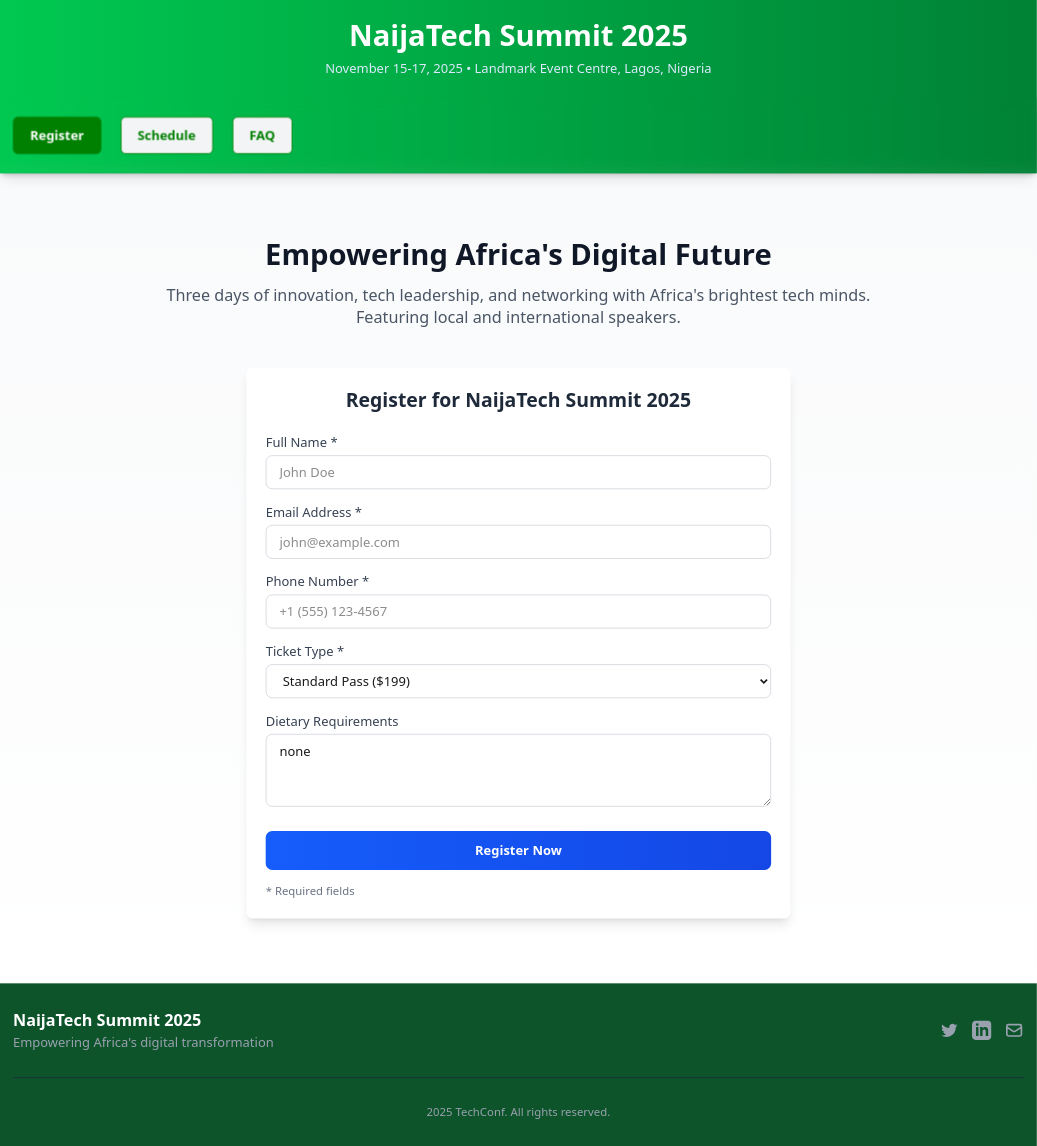
Repository: AYANO-EMMANUEL/fictional-tech-conf-event
Page: /
The author's editor kept a copy of each file at every save. The page is drawn from the files as they stood at one save, then again after the next save.
The browser window is 1280 px wide. The pictures show the whole page, at 81% of full size.
The project was rebuilt for these pictures with package versions that can differ from the ones it lists, and the page was loaded fresh each time. Also part of the build but not shown: vite.config.ts, src/components/Schedule/Schedule.tsx, src/components/FAQ/FAQ.tsx.

Above is the page before, as saved 2025-08-02 11:10:47.

After the next save:
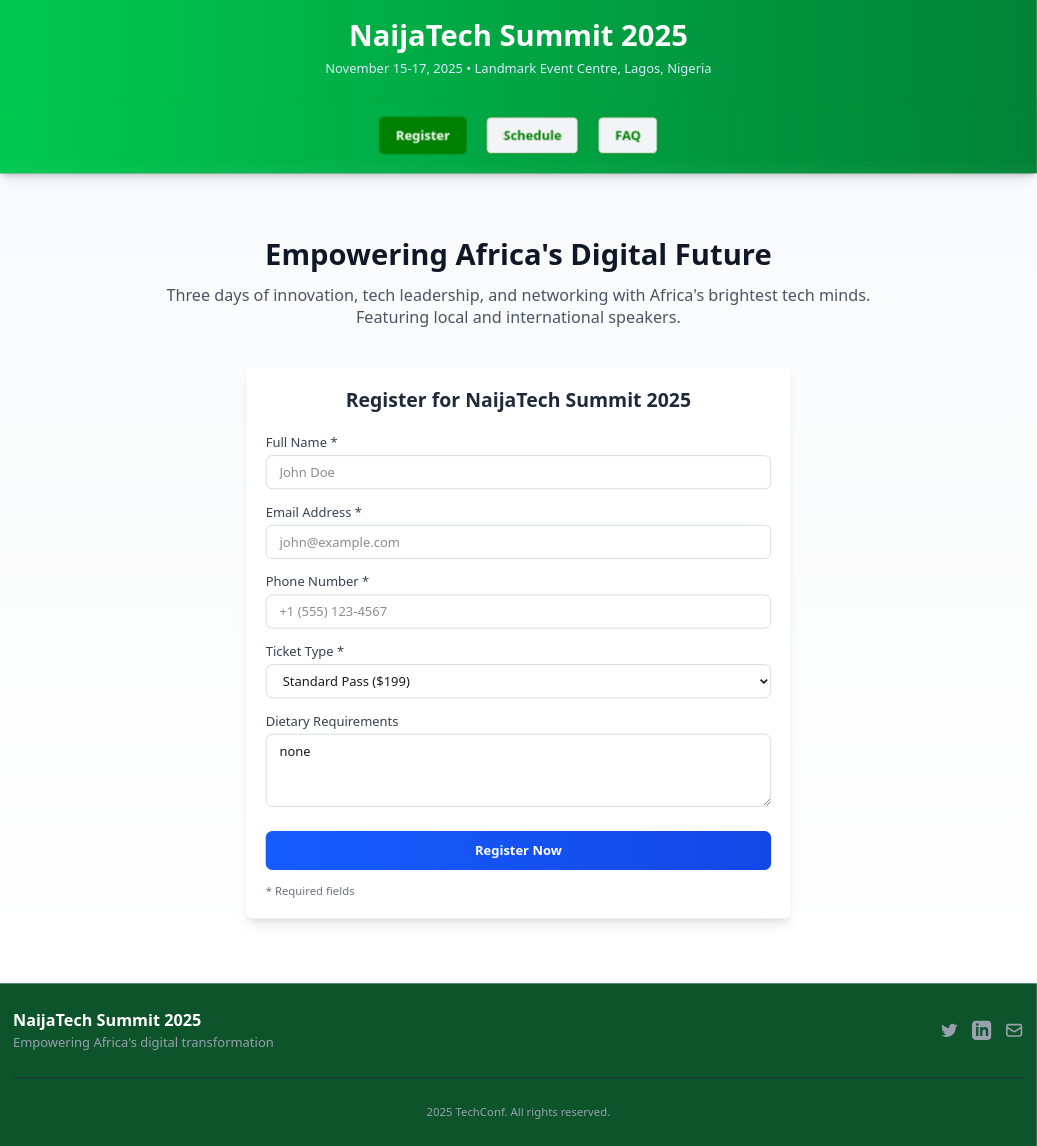
Saved 12 s later.
--- a/src/App.tsx
+++ b/src/App.tsx
@@ -18,7 +18,7 @@ function App() {
         {/* Navigation */}
         <nav className="bg-nigeria-green/90 backdrop-blur-sm shadow-md">
           <div className="container mx-auto px-4">
-            <div className="flex flex-col text-center sm:flex-row space-y-2 sm:space-y-0 sm:space-x-6 py-6">
+            <div className="flex flex-col text-center justify-center sm:flex-row space-y-2 sm:space-y-0 sm:space-x-6 py-6">
               <button
                 onClick={() => setActiveSection('register')}
                 className={`btn ${activeSection === 'register'
